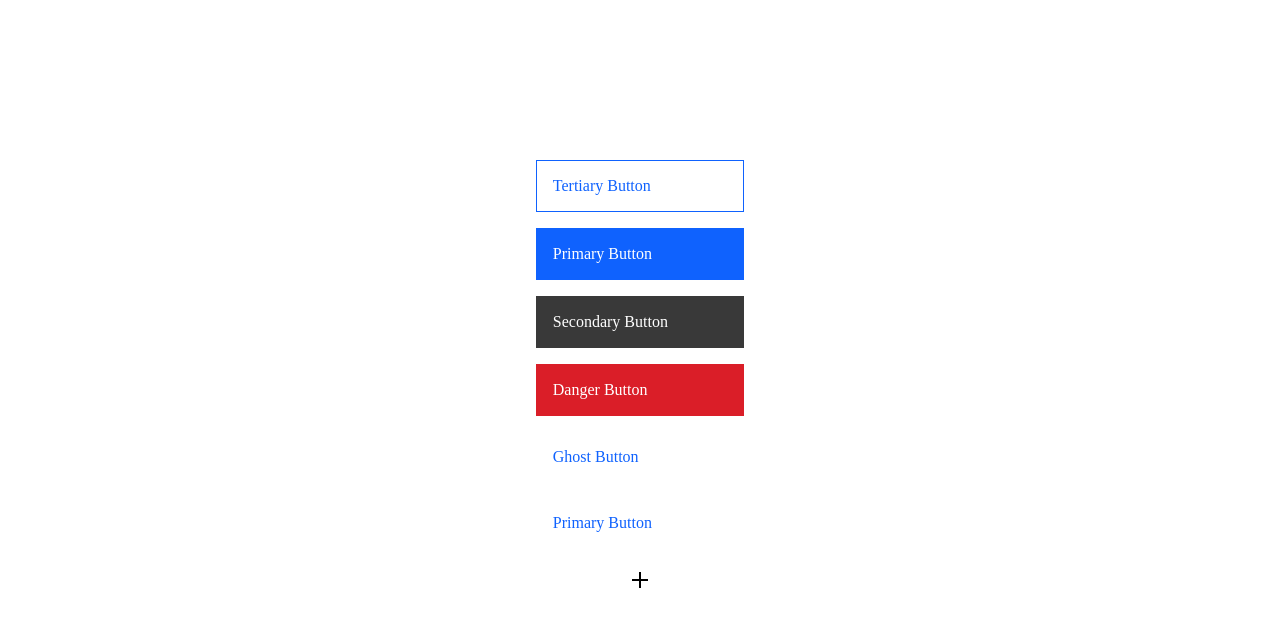
Repository: prav10194/ibm-carbon-components-vanilla
Page: buttons/index.html
These files come from the project's save history. The page is drawn as it stood at one moment and after the next save; the edit follows.
The browser window is 1280 px wide. The pictures show the whole page.
Some web fonts or font styles are not loaded; a fallback is used.

Above is the page before, as saved 2020-11-12 20:01:33.

### buttons/index.html
<!DOCTYPE html>
<html lang="en">
<head>
    <meta charset="UTF-8">
    <meta name="viewport" content="width=device-width, initial-scale=1.0">
    <link rel="shortcut icon" href="./assets/ibm--cloud.svg" />
    <link rel="stylesheet" href="./node_modules/@ibm/plex/css/ibm-plex-sans-kr.css">
    <link rel="stylesheet" href="./node_modules/@ibm/plex/css/ibm-plex.css">
    <link rel="stylesheet" href="./index.css">
    <title>Button examples</title>
</head>
<style>
    .buttondiv > *:not(:first-child) {
        margin-top: 1rem;
    }
</style>
<body>
    <div class="buttondiv" style="display: flex; flex-direction: column; justify-content: center; align-items: center; margin-top: 10rem;">
        <div class="tertiary-button">Tertiary Button</div>
        <div class="primary-button">Primary Button</div>
        <div class="secondary-button">Secondary Button</div>
        <div class="danger-button">Danger Button</div>
        <div class="ghost-button">Ghost Button</div>
        <div class="ghost-button">Primary Button</div><img src="./assets/add.svg" alt="Plus button">
    </div>
</body>
</html>

### buttons/index.css
.tertiary-button {
    font-size: 1rem;
    border: 1px solid #0f62fe;
    color: #0f62fe;
    padding: 1rem 4rem 1rem 1rem;
    width: 10%;
    font-family: IBM Plex Sans;
}

.tertiary-button:hover {
    background-color: #0f62fe;
    color: white;
    cursor: pointer;
}

.primary-button {
    font-size: 1rem;
    border: 1px solid #0f62fe;
    background-color: #0f62fe;
    color: white;
    padding: 1rem 4rem 1rem 1rem;
    width: 10%;
    font-family: IBM Plex Sans;
}

.primary-button:hover {
    /* background-color: #0f62fe; */
    /* color: white; */
    background-color: #0d58e4;
    cursor: pointer;
}

.secondary-button {
    font-size: 1rem;
    border: 1px solid #393939;
    background-color: #393939;
    color: white;
    padding: 1rem 4rem 1rem 1rem;
    width: 10%;
    font-family: IBM Plex Sans;
}

.secondary-button:hover {
    background-color: #4c4c4c;
    cursor: pointer;
}

.danger-button {
    font-size: 1rem;
    border: 1px solid #da1e28;
    background-color: #da1e28;
    color: white;
    padding: 1rem 4rem 1rem 1rem;
    width: 10%;
    font-family: IBM Plex Sans;
}

.danger-button:hover {
    background-color: #c41b24;
    cursor: pointer;
}

.ghost-button {
    font-size: 1rem;
    color: #0f62fe;
    padding: 1rem 4rem 1rem 1rem;
    width: 10%;
    font-family: IBM Plex Sans;
}

.ghost-button:hover {
    background-color: #e0e0e0;
    cursor: pointer;
}

### buttons/assets/add.svg
<?xml version="1.0" encoding="utf-8"?>
<!-- Generator: Adobe Illustrator 24.0.3, SVG Export Plug-In . SVG Version: 6.00 Build 0)  -->
<svg version="1.1" id="icon" xmlns="http://www.w3.org/2000/svg" xmlns:xlink="http://www.w3.org/1999/xlink" x="0px" y="0px"
	 width="32px" height="32px" viewBox="0 0 32 32" style="enable-background:new 0 0 32 32;" xml:space="preserve">
<style type="text/css">
	.st0{fill:none;}
</style>
<polygon points="17,15 17,8 15,8 15,15 8,15 8,17 15,17 15,24 17,24 17,17 24,17 24,15 "/>
<rect class="st0" width="32" height="32"/>
</svg>

Loaded but not shown: fonts/node_modules/@ibm/plex/css/ibm-plex-sans-kr.css (library); fonts/node_modules/@ibm/plex/css/ibm-plex.css (library)

After the next save:
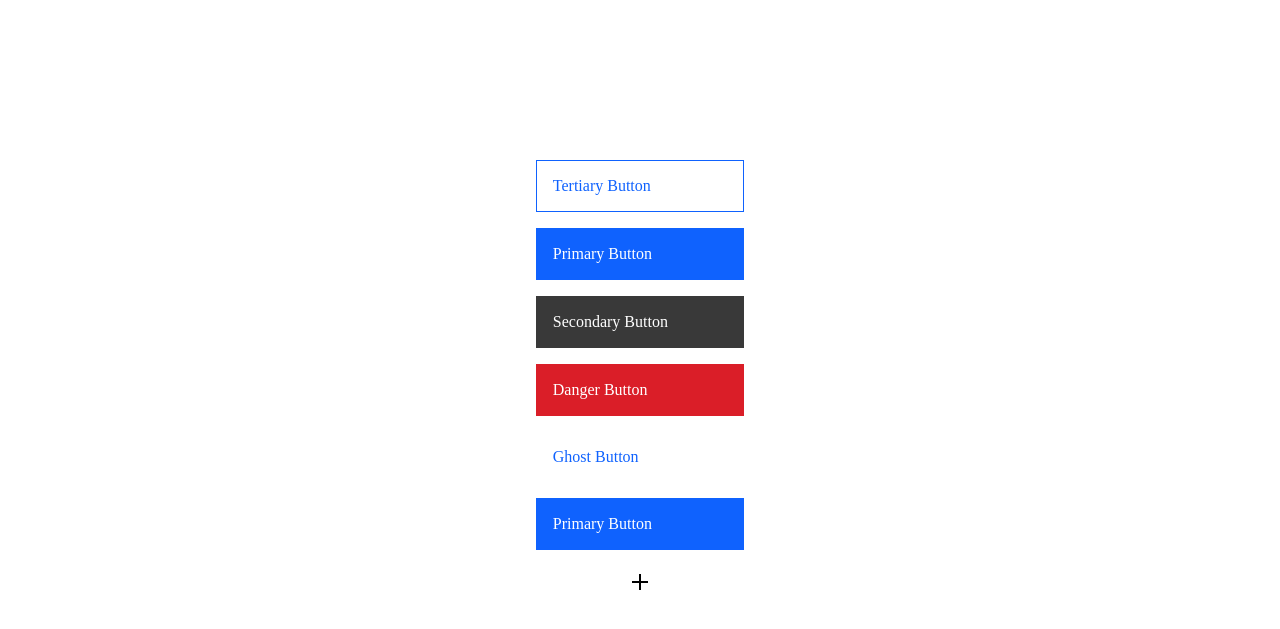
Saved 29 s later.
--- a/buttons/index.html
+++ b/buttons/index.html
@@ -21,7 +21,7 @@
         <div class="secondary-button">Secondary Button</div>
         <div class="danger-button">Danger Button</div>
         <div class="ghost-button">Ghost Button</div>
-        <div class="ghost-button">Primary Button</div><img src="./assets/add.svg" alt="Plus button">
+        <div class="primary-button">Primary Button</div><img src="./assets/add.svg" alt="Plus button">
     </div>
 </body>
 </html>
